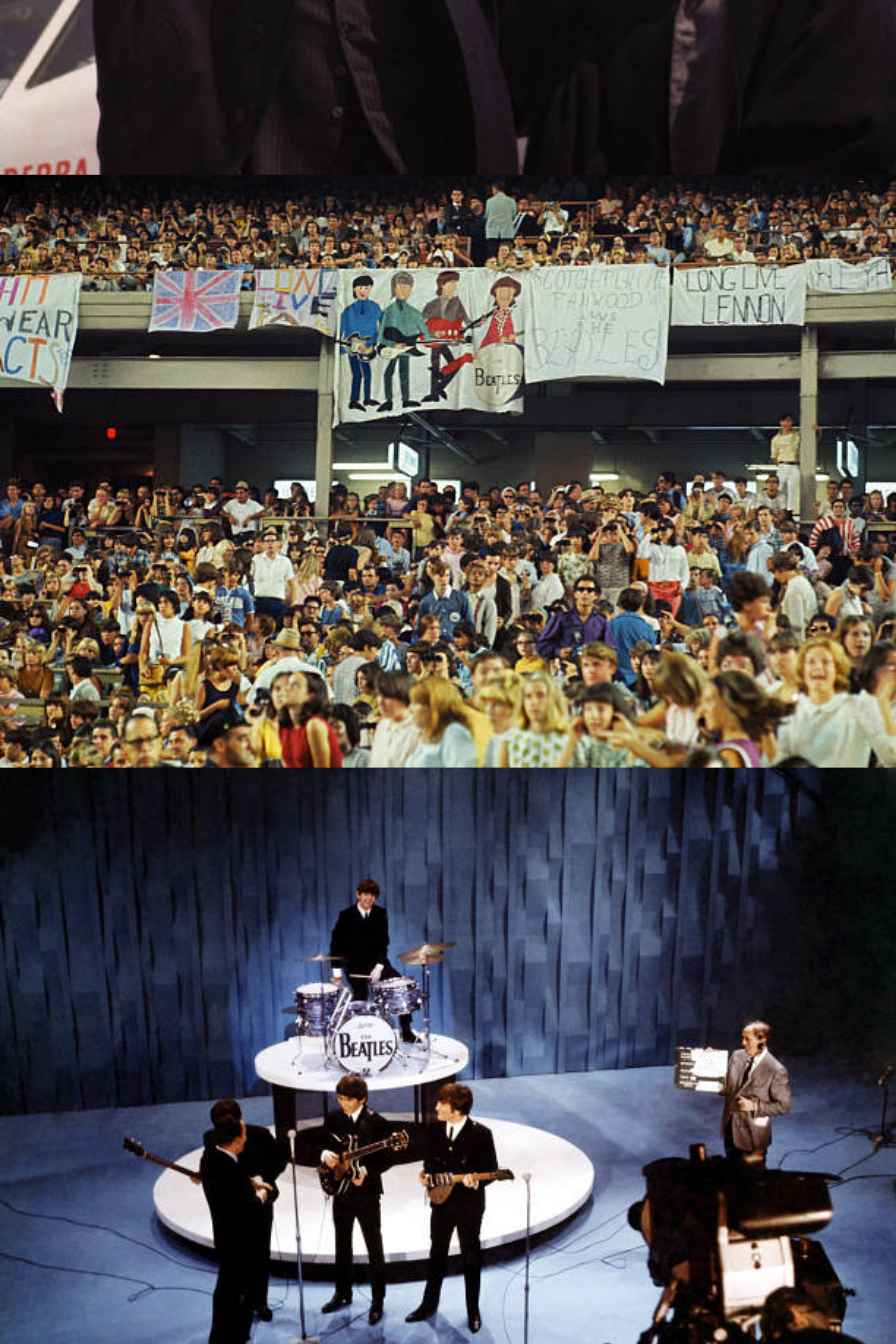
Repository: keiner-dev/Prueba_Desempe-o
Page: index.html
An editor plug-in stored every save of this project. The page is shown before and after the next save, followed by the edit.
The browser window is 1280 px wide. The pictures show the part of the page from y = 2107 to 4027 px (the page is 6919 px tall before and 6961 px after), at 70% of full size.
Some web fonts or font styles are not loaded; a fallback is used.

Above is the page before, as saved 2026-04-27 15:40:27.

After the next save:
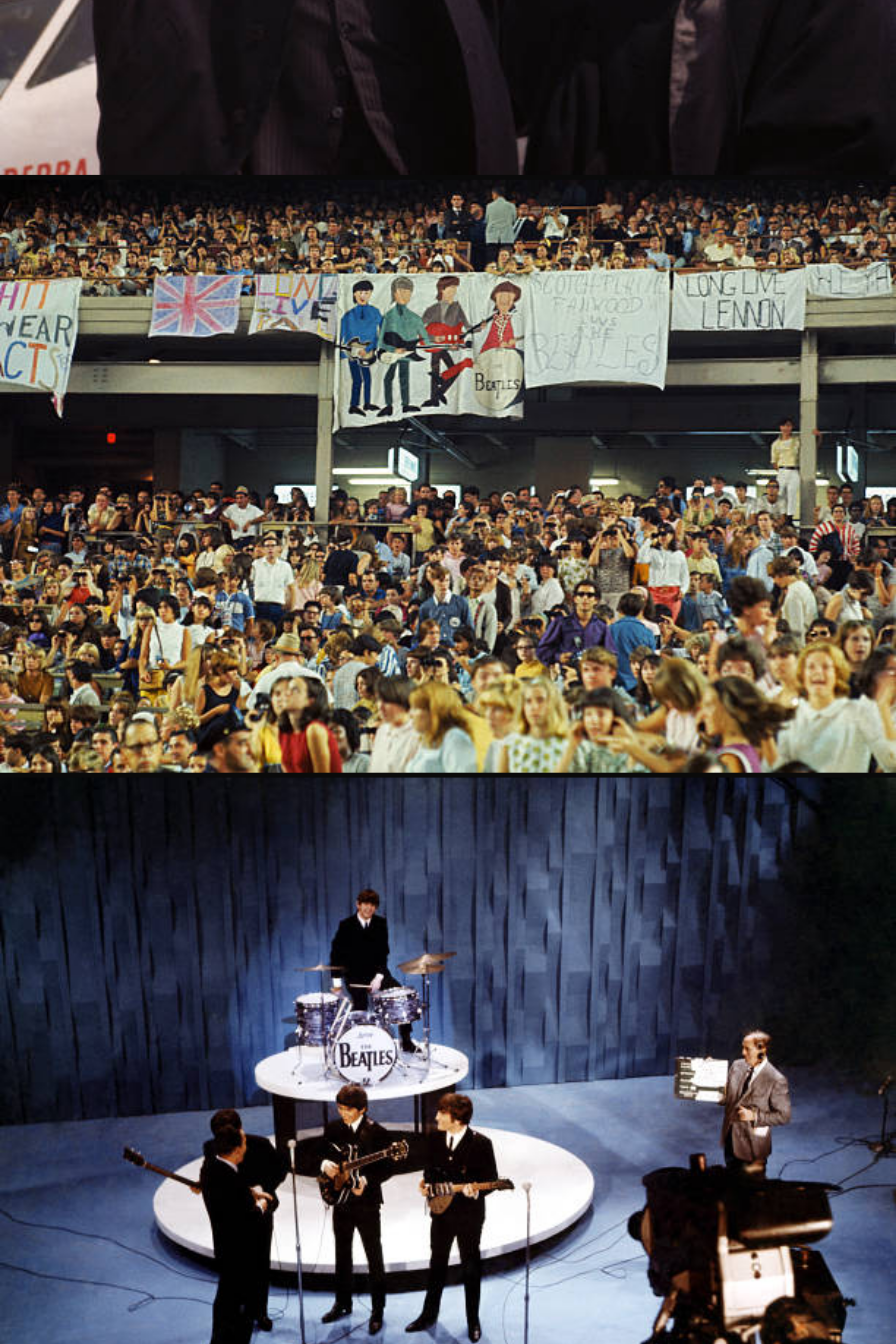
Saved 7 s later.
--- a/styles.css
+++ b/styles.css
@@ -174,8 +174,4 @@
 .media_grid img{
     width: 100%;
 
-
-    display: grid;
-    grid-template-columns: 1fr 1fr 1fr;
-    gap: 20px
 }
